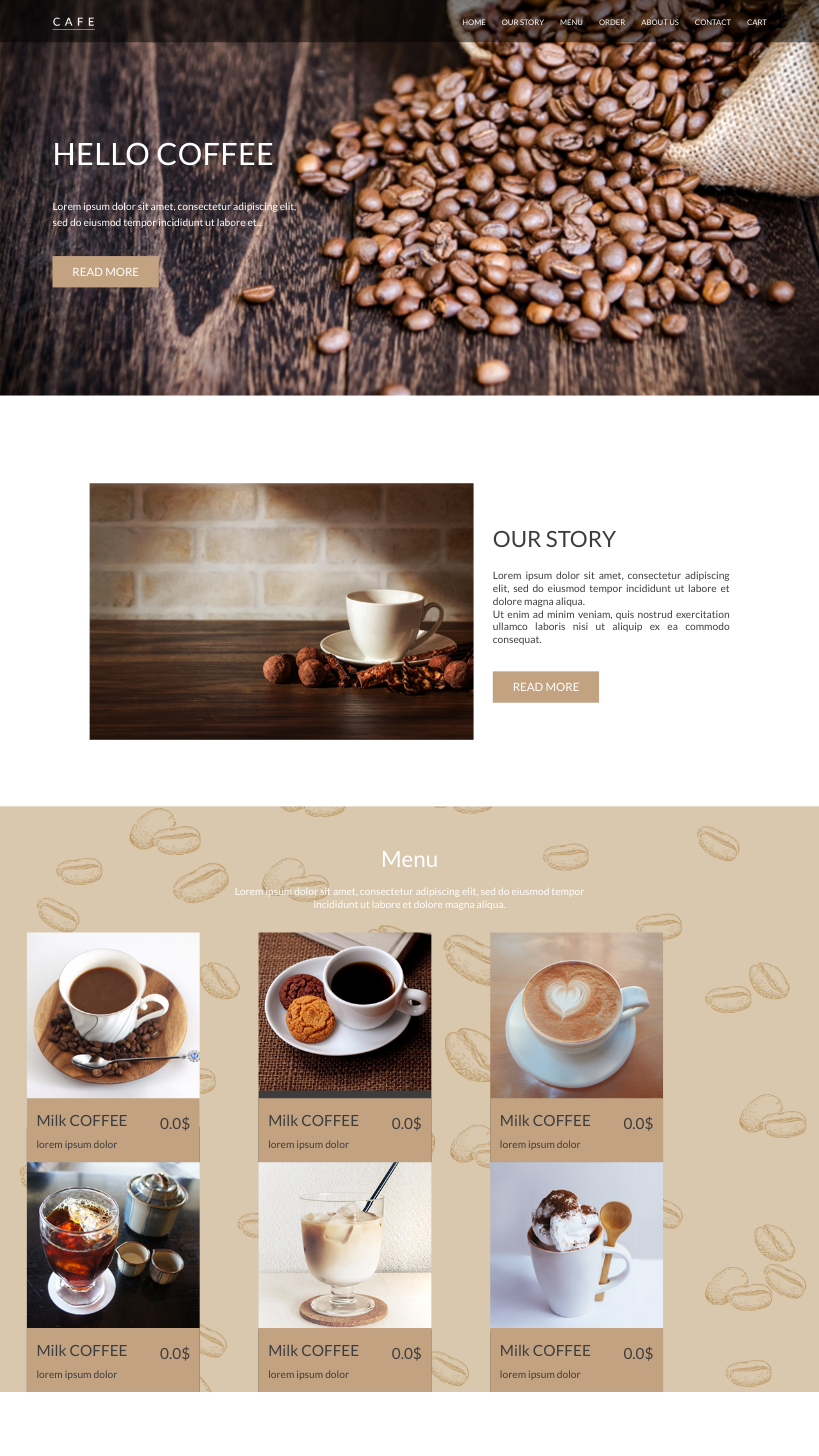
Repository: kuluong2000/coffe
Page: index.html
The author's editor kept a copy of each file at every save. The page is drawn from the files as they stood at one save, then again after the next save.
The browser window is 1280 px wide. The pictures show the whole page, at 64% of full size.

Above is the page before, as saved 2021-10-04 21:58:03.

After the next save:
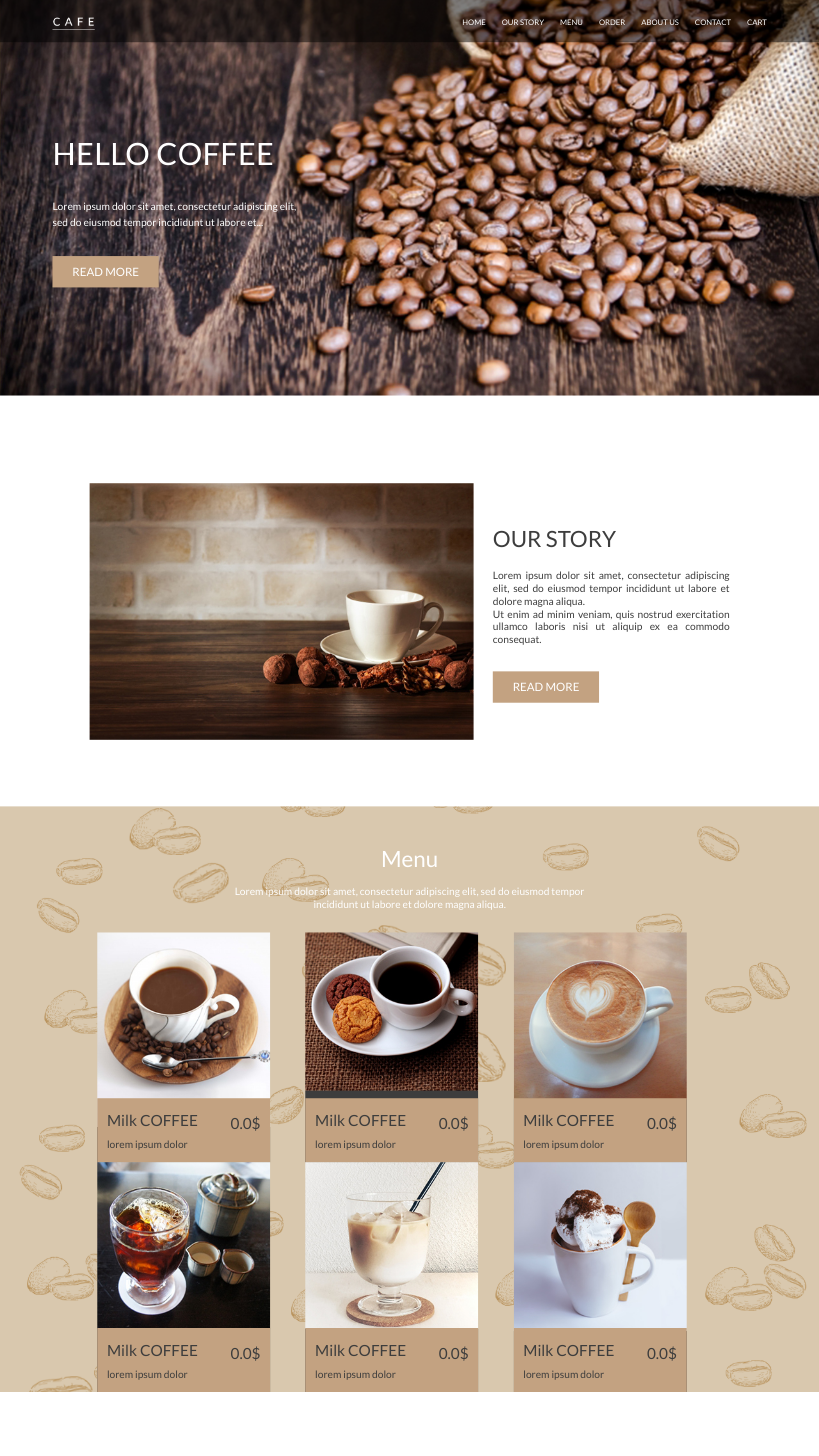
Saved 9 s later.
--- a/Assets/css/style.css
+++ b/Assets/css/style.css
@@ -169,7 +169,7 @@ body{
     display: flex;
     flex-wrap: wrap;
     padding: 0 70px;
-    margin-left: -110px;
+
 
 
 }
